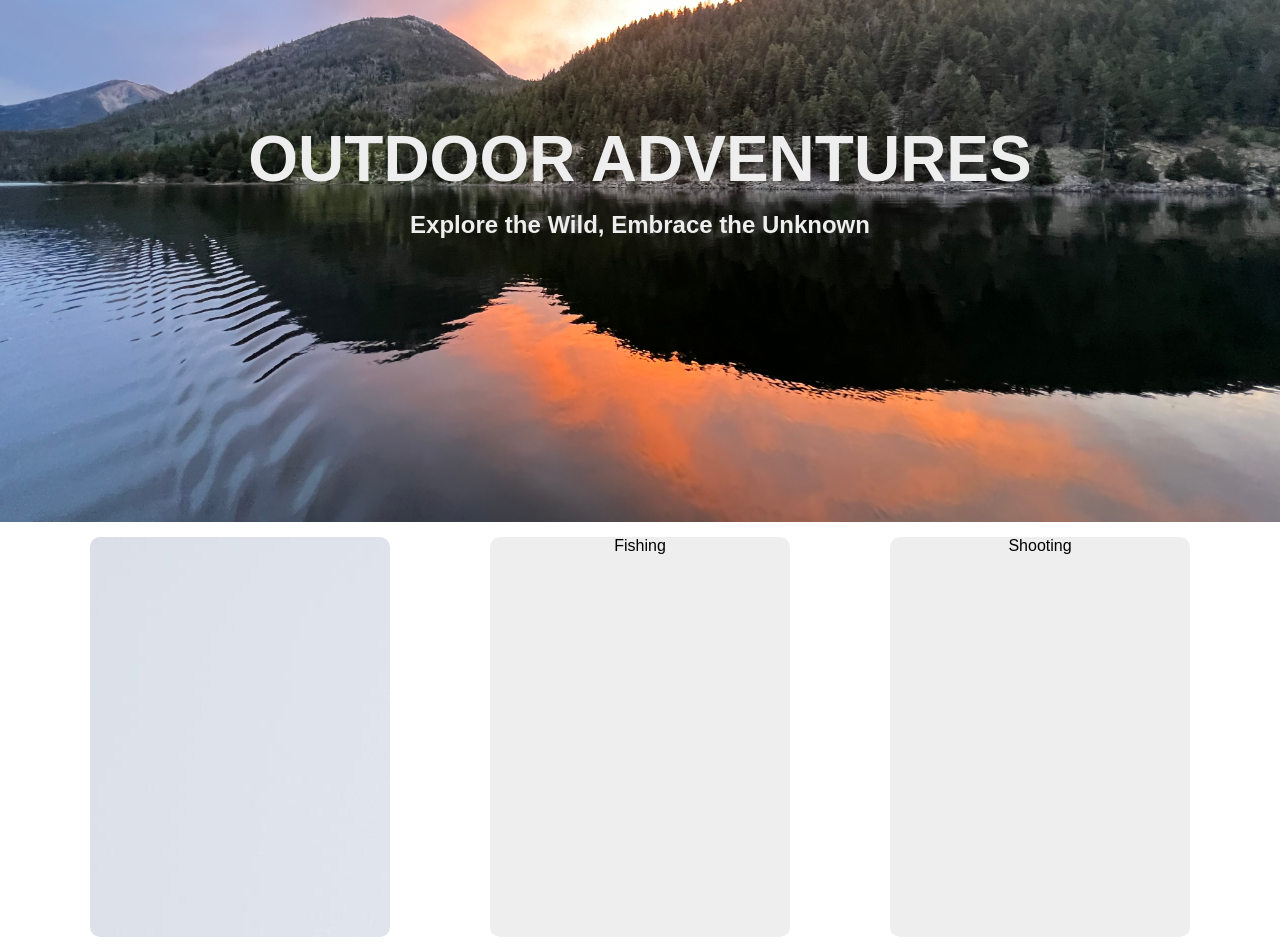
Repository: iforgotmylogin/WebDesignFinal
Page: index.html
An editor plug-in stored every save of this project. The page is shown before and after the next save, followed by the edit.
The browser window is 1280 px wide. The pictures show the part of the page from y = 290 to 1242 px (the page is 1242 px tall).
A picture or video elsewhere on the page could not be fetched, so the positions and the page height are approximate.

Above is the page before, as saved 2024-04-07 18:08:09.

### index.html
<!DOCTYPE html>
<html lang="en">
<head>
    <link rel="stylesheet" href="css/global.css">
    <link rel="stylesheet" href="css/navbar.css">
    <link rel="stylesheet" href="css/dropdown.css">
    <link rel="stylesheet" href="https://cdn.jsdelivr.net/npm/aos@2.3.4/dist/aos.css">
    <link rel="stylesheet" href="css/homepage.css">
    <meta http-equiv="X-UA-Compatible" content ="IE=edge">
    <meta charset="UTF-8">
    <meta name="viewport" content="width=device-width, initial-scale=1.0">
    <title>Outdoor Adventures</title>
</head>
<body>
    <header>
        <a href="#"><img src="images/outdoor-adventure-logo-color.png" alt="Logo" class="logo"></a>
       <nav>
        <ul>
            <li>
                <a href="#">About</a>
            </li>
            <li class="dropdown">
                <a href="html/Booking.html">Booking</a>
                <div class="dropdown-content">
                    <a href="#">Hunting</a>
                    <a href="#">Fishing</a>
                    <a href="#">Shooting</a>
                    <a href="#">ATV Rental</a>
                </div>
            </li>
            <li>
                <a href="html/Reviews.html">Reviews</a>
            </li>
            <li>
                <a href="#">Careers</a>
            </li>
            <li>
                <a href="#">Contact</a>
            </li>
        </ul>
    </nav>



    </header>
    <main class="hero_image">
        <h1>Outdoor Adventures</h1>
        <h2>Explore the Wild, Embrace the Unknown</h2>
    </main>

    <div class="container">
        <div data-aos="fade-up" class="box Hunting">
            <img src="images/HuntingBackdrop.jpg" alt="Image of an Elk">
            Hunting
        </div>

        <div data-aos="fade-up" class="box Fishing">Fishing</div>

        <div data-aos="fade-up" class="box Shooting">Shooting</div>
    </div>



    <!-- Use <div data-aos="fade-up"><div> for really cool animations that use this java script!! -->
    <script src="https://cdn.jsdelivr.net/npm/aos@2.3.4/dist/aos.js"></script>
    <script>
      AOS.init();
    </script>
</body>
</html>

### css/global.css
*{
    font-family: Arial, Helvetica, sans-serif;
}
.hero_image{
    position: absolute;
    z-index: 1;
    margin: 0 auto;
    justify-content: center;
    top: 0px;
    padding: 50px;
    height: 600px;
    position: relative;
    background-image: url("../images/IMG_0679.jpeg");
    background-size: cover;
    background-position: center;
}

.hero_image h1{
    font-size: 400%;
    color: #eee;
    text-transform: uppercase;
    text-align: center;
    margin: 250px 0 auto;
}

.hero_image h2{
    margin: 15px 0 auto;
    text-align: uppercase;
    text-align: center;
    color:#eee;
}

h1.global{
    text-align: center;
}

#usrReview_1{
    outline: 2px solid red; /*This is for "debugging" where the div is and how it's behaving*/

    padding: 30px;
}

#userPfp{
    float: left;
    max-width: 90%;
    width: 200px;
    margin-right: 10px; /* adds some spacing between the image and the text*/

}

### css/navbar.css
body{
    margin:0px;
}


header{
    display: flex;
    justify-content: space-between;
    background-color: #eee;
    border-bottom: 5px white;
    box-shadow: 0 0 5px rgba(0,0,0,.2);
}

header .logo{
    height: 100px;
    padding:4px;
}

header nav{
    display: flex;
    align-items: center;
}
header nav ul{
    margin: 0px;
    padding: 0px;
    text-align: right;
    display: flex;
    width: 100%;
    justify-content: end;
}
header nav ul li{
    list-style-type: none;
}

header nav ul li a{
  text-decoration: none;
  color: #666;
  font-weight: bold;
  font-size:15px;
  text-transform:uppercase;
  font-family:Helvetica, sans-serif;
  padding:49px 30px;
  transition: all .3s linear;
}
header nav ul li a:hover{
    background-color:teal;
    color:white;
}

header nav ul li a.active{
    background-color: burlywood;
}

### css/dropdown.css
.dropbtn {
    background-color: #eee;
    color: white;
    padding: 16px;
    font-size: 16px;
    border: none;
  }

  .dropdown {
    align-items: center;
    display: inline-block;
  }

  .dropdown-content {
    display: none;
    position:absolute;
    background-color: #eee;
    min-width: 136px;
    box-shadow: 0px 8px 16px 0px rgba(0,0,0,0.2);
    z-index: 1;
    top: 14%;
  }

  /* Links inside the dropdown */
  .dropdown-content a {
    color: black;
    padding: 12px 16px;
    text-decoration: none;
    text-align: center;
    display: block;
  }

  .dropdown-content a:hover {background-color: teal;}

  .dropdown:hover .dropdown-content {display: block;}

  .dropdown:hover .dropbtn {background-color: teal;}

### css/homepage.css
*{
    margin:0;
    padding:0;
}
.container{
    position:relative;
    width: 100%;
    height: auto;
    display: flex;
    flex-direction: row;
    justify-content: center;
}
.box{
    position: relative;
    width: 300px;
    height: 400px;
    background:#eee;
    text-align: center;
    margin: 15px;
    box-sizing: border-box;
    overflow: hidden;
    margin-left: 50px;
    margin-right: 50px;
    border-radius: 10px;
}
.box .Hunting img{
    width: 50px;
}

After the next save:
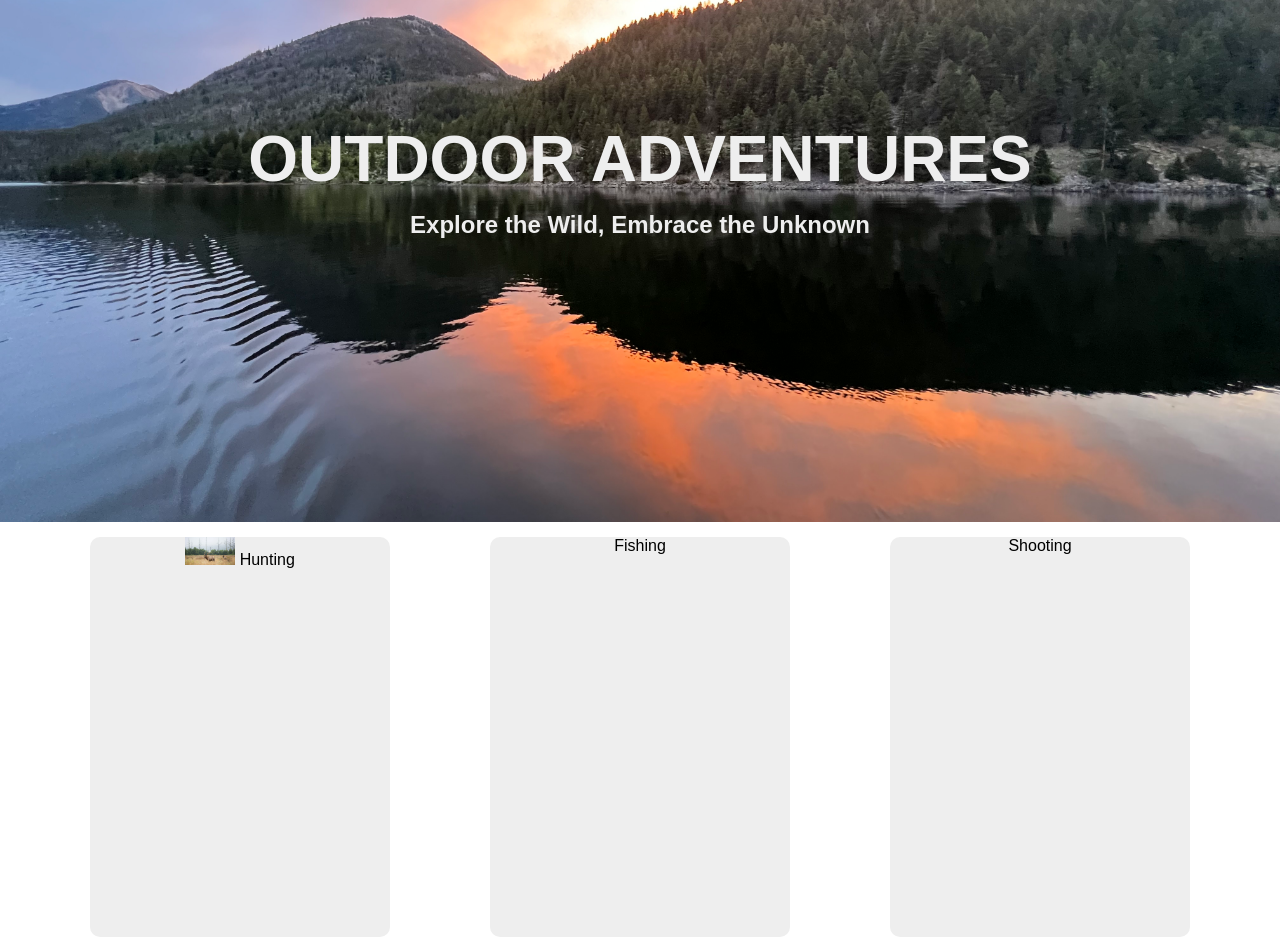
Saved 7 s later.
--- a/css/homepage.css
+++ b/css/homepage.css
@@ -23,6 +23,6 @@
     margin-right: 50px;
     border-radius: 10px;
 }
-.box .Hunting img{
+.Hunting img{
     width: 50px;
 }
